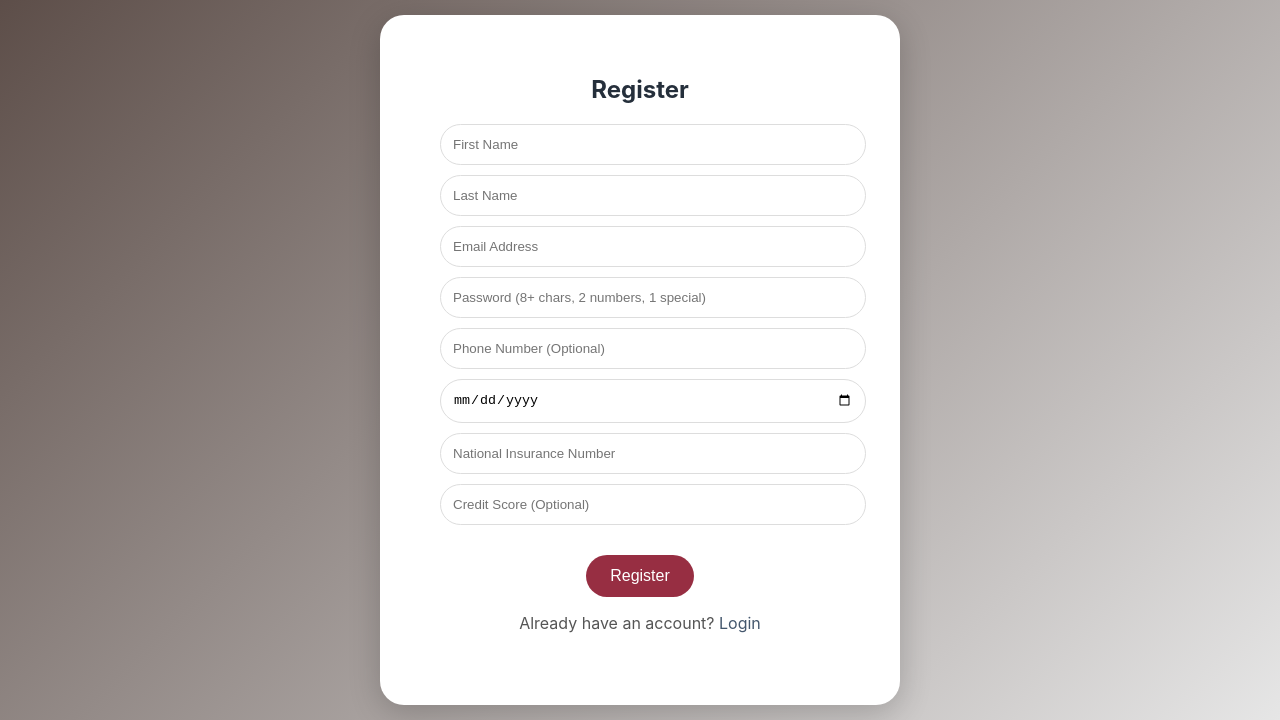
Repository: aab232/https---github.com-aab232-Deferred-Payment-Platform
Page: /register (app in frontend/)
The author's editor kept a copy of each file at every save. The page is drawn from the files as they stood at one save, then again after the next save.
The browser window is 1280 px wide. The pictures show the whole page.
The pointer rests on the first visible `.btn`.
The project was rebuilt for these pictures with package versions that can differ from the ones it lists, and the page was loaded fresh each time. Also part of the build but not shown: frontend/src/components/Home.js, frontend/src/components/Login.js.

Above is the page before, as saved 2025-03-18 01:05:26.

### frontend/src/App.js
import React from 'react';
import { BrowserRouter as Router, Routes, Route } from 'react-router-dom';
import Home from './components/Home';
import Register from './components/Register';
import Login from './components/Login';

const App = () => {
  return (
    <Router>
      <Routes>
        <Route path="/" element={<Home />} />
        <Route path="/login" element={<Login />} />
        <Route path="/register" element={<Register />} />
      </Routes>
    </Router>
  );
};

export default App;

### frontend/src/components/Register.js
import React, { useState } from 'react';
import axios from 'axios';
import { useNavigate } from 'react-router-dom';
import bcrypt from 'bcryptjs'; // Import bcrypt
import './Form.css';

const Register = () => {
  const [formData, setFormData] = useState({
    first_name: '',
    surname: '',
    email: '',
    password: '',
    phone_number: '',
    ni_number: '',
    date_of_birth: '',
    credit_score: '', // New field for credit score
  });

  const navigate = useNavigate();

  // Function to format the date to YYYY-MM-DD
  const formatDateForBackend = (date) => {
    const [day, month, year] = date.split('-'); // Split 'DD-MM-YYYY'
    return `${year}-${month}-${day}`; // Convert to 'YYYY-MM-DD'
  };

  // Capitalize the first letter of first_name and surname
  const capitalize = (str) => str.charAt(0).toUpperCase() + str.slice(1).toLowerCase();

  // Handle input change
  const handleChange = (e) => {
    const { name, value } = e.target;

    // Capitalize first_name and surname when user types
    const updatedValue = (name === 'first_name' || name === 'surname') ? capitalize(value) : value;

    setFormData({ ...formData, [name]: updatedValue });
  };

  // Handle form submission
  const handleSubmit = async (e) => {
    e.preventDefault();

    try {
      // Format the date before sending it to the backend
      const formattedDate = formatDateForBackend(formData.date_of_birth);

      // Hash the password
      const hashedPassword = await bcrypt.hash(formData.password, 10);

      // Create an object to send to the backend
      const dataToSend = {
        ...formData,
        date_of_birth: formattedDate,
        password: hashedPassword, // Send the hashed password
      };

      // Remove the credit score field if it's empty (optional field)
      if (dataToSend.credit_score === '') {
        delete dataToSend.credit_score;
      }

      const response = await axios.post('http://localhost:5000/register', dataToSend);
      alert(response.data.message);
      if (response.data.success) navigate('/login'); // Redirect on successful registration
    } catch (error) {
      console.error('Registration error:', error);
      alert('Registration failed. Please try again.');
    }
  };

  return (
    <div className="container">
      <div className="form-card">
        <h2>Register</h2>
        <form onSubmit={handleSubmit}>
          <input
            type="text"
            name="first_name"
            placeholder="First Name"
            value={formData.first_name}
            onChange={handleChange}
            required
          />
          <input
            type="text"
            name="surname"
            placeholder="Last Name"
            value={formData.surname}
            onChange={handleChange}
            required
          />
          <input
            type="email"
            name="email"
            placeholder="Email Address"
            value={formData.email}
            onChange={handleChange}
            required
          />
          <input
            type="password"
            name="password"
            placeholder="Password (8+ chars, 2 numbers, 1 special)"
            value={formData.password}
            onChange={handleChange}
            required
          />
          <input
            type="text"
            name="phone_number"
            placeholder="Phone Number (Optional)"
            value={formData.phone_number}
            onChange={handleChange}
            maxLength={15}
          />
          <input
            type="date"
            name="date_of_birth"
            placeholder="Date of Birth"
            value={formData.date_of_birth}
            onChange={handleChange}
            required
          />
          <input
            type="text"
            name="ni_number"
            placeholder="National Insurance Number"
            value={formData.ni_number}
            onChange={handleChange}
            required
          />
          <input
            type="number"
            name="credit_score"
            placeholder="Credit Score (Optional)"
            value={formData.credit_score}
            onChange={handleChange}
            min="300"
            max="999"
          />
          <button type="submit" className="btn">Register</button>
        </form>
        <p>Already have an account? <span onClick={() => navigate('/login')} className="link">Login</span></p>
      </div>
    </div>
  );
};

export default Register;

### frontend/src/components/Home.css
/* Centering and styling for Home page */
.container {
    display: flex;
    justify-content: center;
    align-items: center;
    height: 100vh; /* Full viewport height */
    background: linear-gradient(135deg, #8a2be2, #5a189a); /* Elegant gradient */
  }

  .card {
    text-align: center;
    background: #fff;
    padding: 40px 60px;
    border-radius: 24px;
    box-shadow: 0 8px 32px rgba(0, 0, 0, 0.2);
    max-width: 400px;
    width: 100%;
  }

  h1 {
    margin-bottom: 16px;
    font-size: 28px;
    color: #5a189a;
  }

  p {
    margin-bottom: 32px;
    font-size: 16px;
    color: #555;
  }

  .button-group {
    display: flex;
    justify-content: space-between;
  }

  .btn {
    padding: 12px 24px;
    font-size: 16px;
    border: none;
    border-radius: 30px; /* Rounded buttons */
    cursor: pointer;
    transition: background 0.3s ease;
    color: white;
    background: #5a189a;
  }

  .btn:hover {
    background: #8a2be2; /* Button hover effect */
  }

### frontend/src/components/Form.css
/* Form Styling for Login & Register */
.container {
    display: flex;
    justify-content: center;
    align-items: center;
    height: 100vh;
    background: linear-gradient(135deg, #5D4E49, #E6E6E6);
  }

  .form-card {
    background: white;
    padding: 40px 60px;
    border-radius: 24px;
    box-shadow: 0 8px 32px rgba(0, 0, 0, 0.2);
    max-width: 400px;
    width: 100%;
    text-align: center;
  }

  h2 {
    color: #252f3b;
  }

  input {
    display: block;
    width: 100%;
    margin: 10px 0;
    padding: 12px;
    border: 1px solid #ddd;
    border-radius: 30px;
  }

  .btn {
    padding: 12px 24px;
    margin-top: 20px;
    border-radius: 30px;
    border: none;
    color: white;
    background: #6b212e;
    cursor: pointer;
  }

  .btn:hover {
    background: #972e42;
  }

  .link {
    color: #44576D;
    cursor: pointer;
  }

Loaded but not shown: frontend/public/index.html (common file); frontend/src/index.js (common file); frontend/src/index.css (common file); frontend/public/manifest.json (common file)

After the next save:
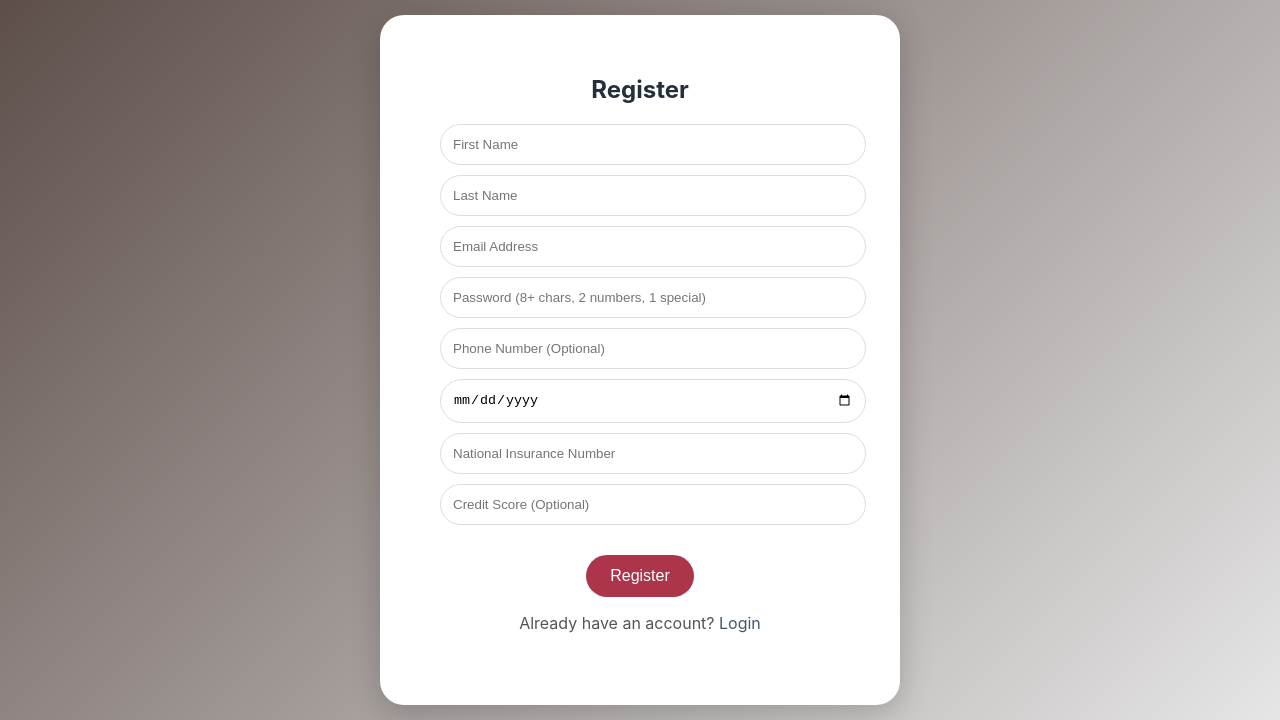
Saved 6 s later.
--- a/frontend/src/components/Form.css
+++ b/frontend/src/components/Form.css
@@ -41,7 +41,7 @@
   }
 
   .btn:hover {
-    background: #972e42;
+    background: #ac354b;
   }
 
   .link {
